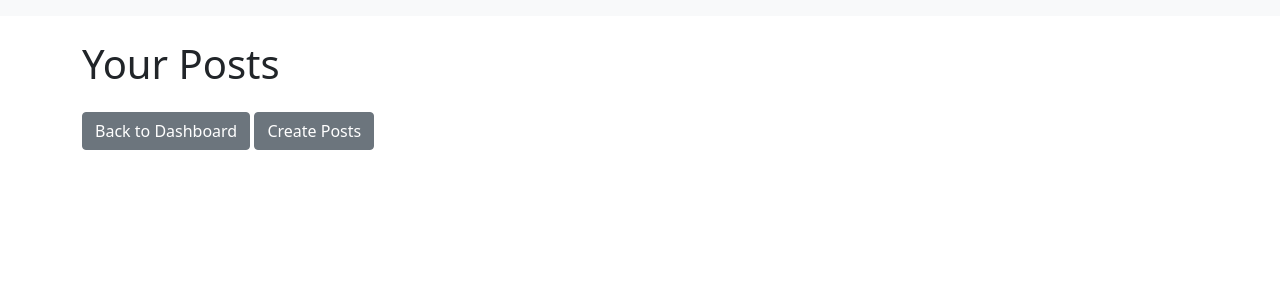
Repository: Abdulahi338/Authentication-using-laravel-11
Page: http://localhost/posts
The author's editor kept a copy of each file at every save. The page is drawn from the files as they stood at one save, then again after a run of saves.
The browser window is 1280 px wide. The pictures show the whole page.
The page is served by the project's Laravel application, run on PHP 8.4 with Laravel 12. A made-up administrator, Test User (test@example.com), is signed in. Queries for data that is not in the repository find no rows.

Above is the page before, as saved 2024-10-19 14:56:07.

After the next 3 saves:
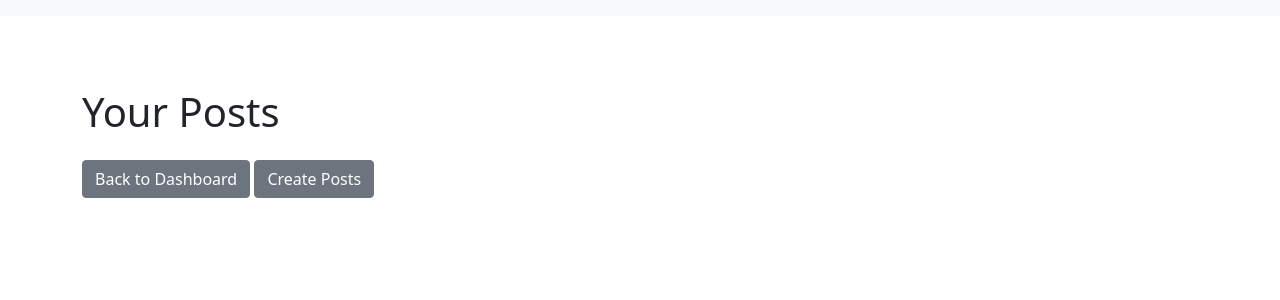
The 3 saves are shown as one change because they came seconds apart.
The last was saved 57 s later.
--- a/resources/views/posts/index.blade.php
+++ b/resources/views/posts/index.blade.php
@@ -1,7 +1,7 @@
 @extends('layouts.app')
 
 @section('content')
-    <div class="container">
+    <div class="container mt-5">
 
         <h1 class="mb-4">Your Posts</h1>
         @if(session('message'))
